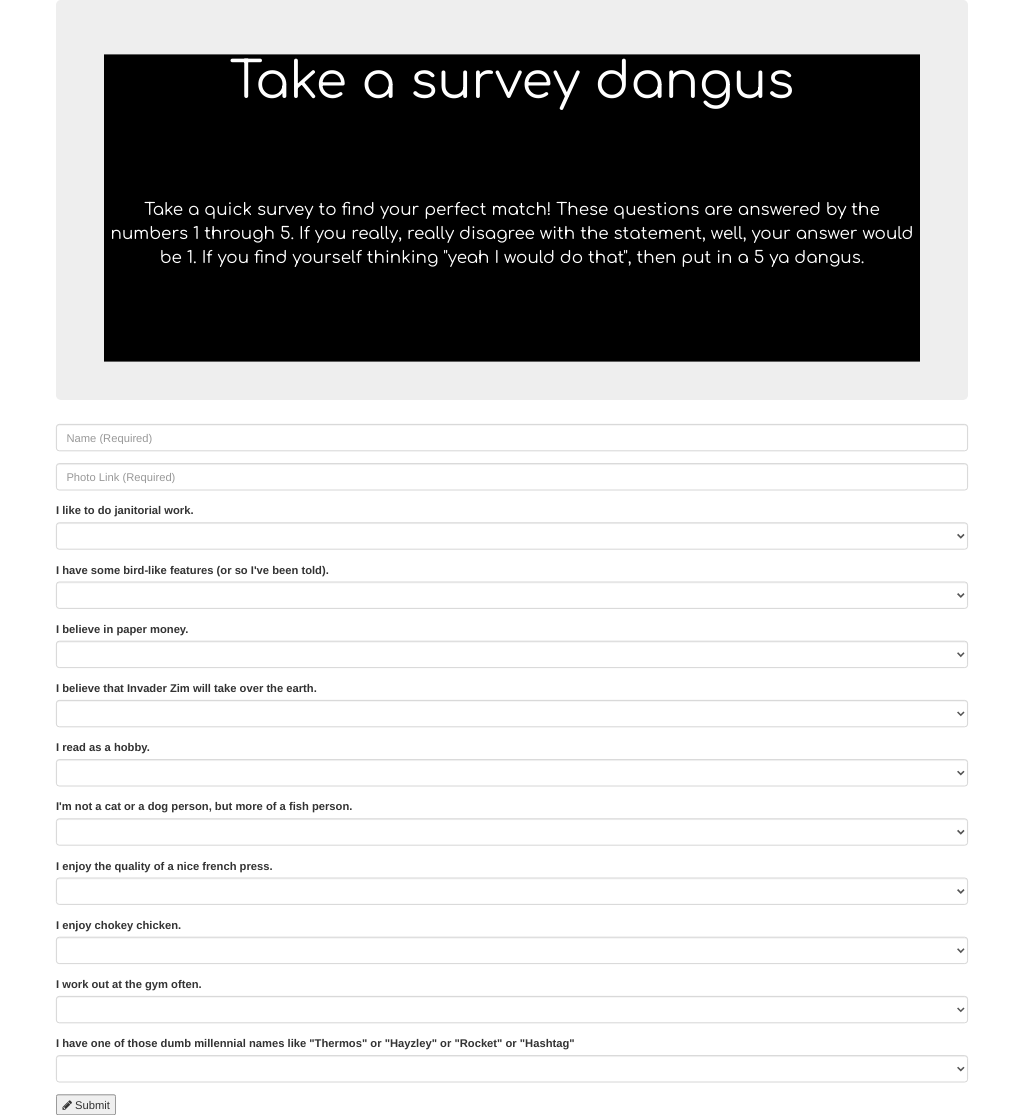
Repository: kcummings1/Mate-Matcher
Page: public/survey.html
An editor plug-in stored every save of this project. The page is shown before and after the next save, followed by the edit.
The browser window is 1280 px wide. The pictures show the whole page, at 80% of full size.
Some web fonts or font styles are not loaded; a fallback is used. Some web libraries are served in a nearby version.

Above is the page before, as saved 2019-10-06 22:16:08.

After the next save:
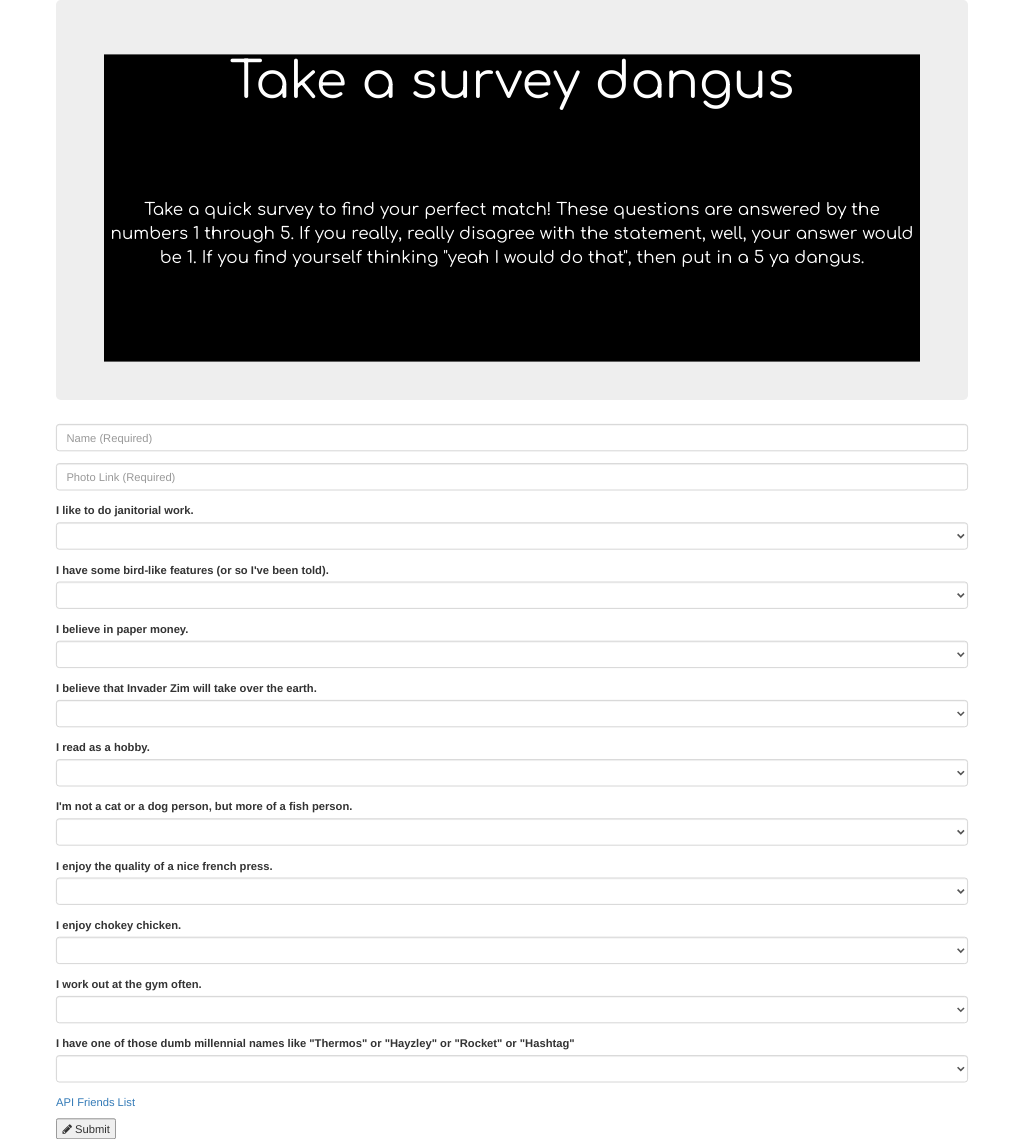
Saved 9 min 32 s later.
--- a/public/survey.html
+++ b/public/survey.html
@@ -150,7 +150,9 @@
             </div>
         </form>
 
-
+        <p>
+            <a href =" /api/friends"> API Friends List</a>
+        </p>
         <button type="submit" id="submit"><i class="fa fa-pencil survey-button"></i>
             Submit</button>
 
